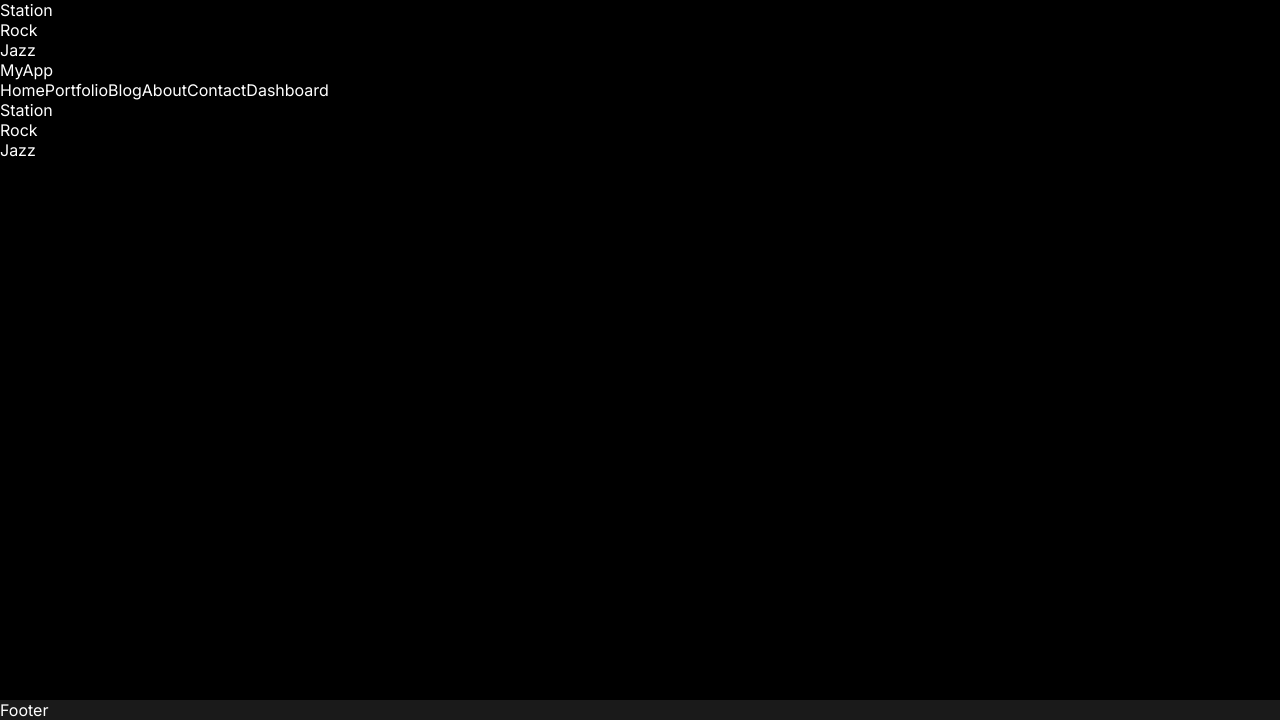
Repository: Iq-Life/musicflow-life
Page: /station
The author's editor kept a copy of each file at every save. The page is drawn from the files as they stood at one save, then again after the next save.
The browser window is 1280 px wide. The pictures show the whole page.
The project was rebuilt for these pictures with package versions that can differ from the ones it lists, and the page was loaded fresh each time. The framework's server and built-in components were replaced by stand-ins that run in the browser. Also part of the build but not shown: next.config.js.

Above is the page before, as saved 2023-09-14 15:25:39.

### src/app/layout.tsx
import './globals.css'
import type { Metadata } from 'next'
import { Inter } from 'next/font/google'
import Navbar from '@/components/navbar/Navbar'
import Footer from '@/components/footer/Footer'
import StationsList from '@/components/station/StationsList'

const inter = Inter({ subsets: ['latin'] })

export const metadata: Metadata = {
  title: 'Create Next App',
  description: 'Generated by create next app',
}

export default function RootLayout({
  children,
}: {
  children: React.ReactNode
}) {
  return (
    <html lang="en">
      <body className={inter.className}>
        <div className='container'>
          <StationsList/>
          <Navbar/>
          {children}
          <Footer/>
        </div>
      </body>
    </html>
  )
}

### src/app/station/page.tsx
import React from 'react'

const stationsMusic = [
  {
    id:1,
    title: 'Rock'
  },
  {
    id:2,
    title: 'Jazz'
  },
]

const Stations = () => {
  return (
    <ul>
      Station
      {stationsMusic.map((station) => (
        <li key={station.id}>{station.title}</li>
      ))}
    </ul>
  )
}

export default Stations

### src/app/globals.css
* {
  box-sizing: border-box;
  padding: 0;
  margin: 0;
}

html,
body {
  max-width: 100vw;
  overflow-x: hidden;
  background-color: black;
  color: #fff;
}

a {
  text-decoration: none;
  color: inherit;
}

.container {
  width: 100vw;
  height: 100vh;
  position: relative;
}

### src/components/navbar/Navbar.tsx
import Link from 'next/link'

const links = [
  {
    id:1,
    title: 'Home',
    url: "/",
  },
  {
    id:2,
    title: 'Portfolio',
    url: "/portfolio",
  },
  {
    id:3,
    title: 'Blog',
    url: "/blog",
  },
  {
    id:4,
    title: 'About',
    url: "/about",
  },
  {
    id:5,
    title: 'Contact',
    url: "/contact",
  },
  {
    id:6,
    title: 'Dashboard',
    url: "/dashboard",
  },
]

const Navbar = () => {
  return (
    <nav>
      <Link href='/'>MyApp</Link>
      <div>
        {links.map((link)=> (
          <Link key={link.id} href={link.url}>{link.title}</Link>
        ))}
      </div>
    </nav>
  )
}

export default Navbar

### src/components/footer/Footer.tsx
import styles from './Footer.module.scss'

const Footer = () => {
  return (
    <footer className={styles.footer}>Footer</footer>
  )
}

export default Footer

### src/components/station/StationsList.tsx
import React from 'react'

const stationsMusic = [
  {
    id:1,
    title: 'Rock'
  },
  {
    id:2,
    title: 'Jazz'
  },
]

const StationsList = () => {
  return (
    <ul>
      Station
      {stationsMusic.map((station) => (
        <li key={station.id}>{station.title}</li>
      ))}
    </ul>
  )
}

export default StationsList

### src/components/footer/Footer.module.scss
.footer {
  position: absolute;
  bottom: 0;
  right: 0;
  left: 0;
  background-color: rgba(255,255,255, 0.1);
}

### src/components/navbar/Navbar.module.scss
.navbar {
  position: absolute;
  bottom: 0;
  left: 0;
  background-color: rgba(255,255,255, 0.1);
}

After the next save:
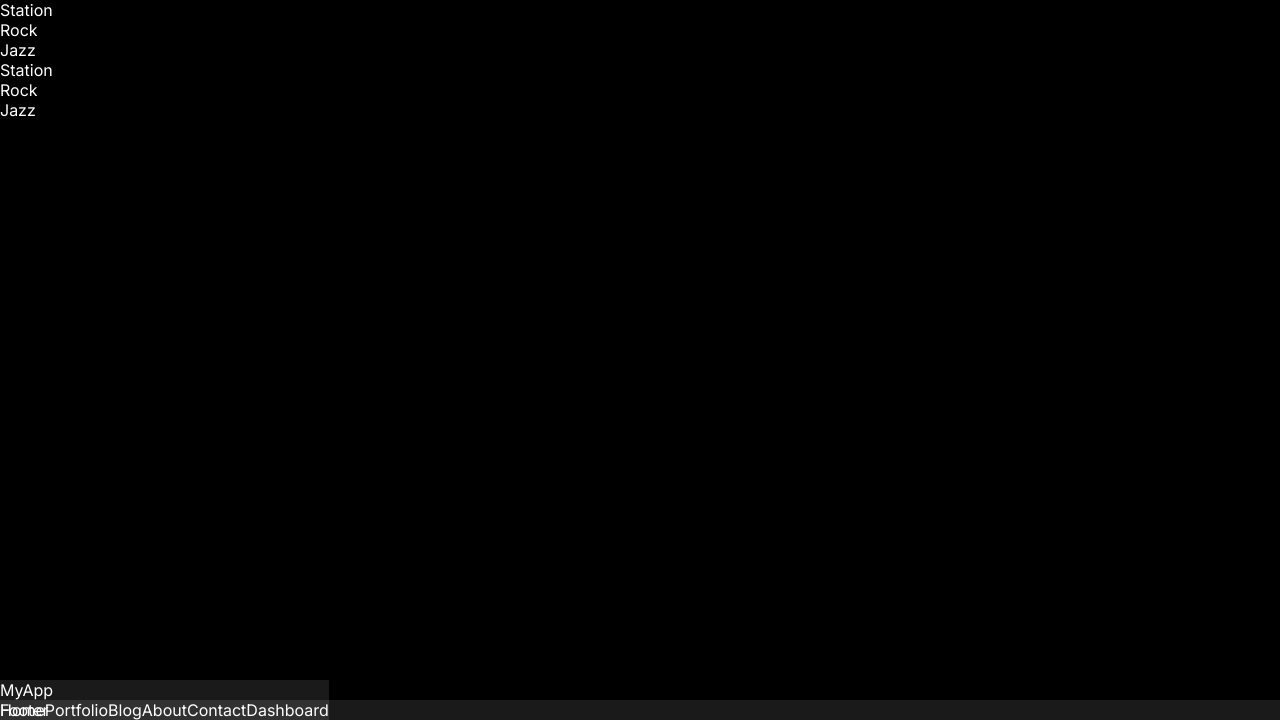
Saved 52 s later.
--- a/src/components/navbar/Navbar.tsx
+++ b/src/components/navbar/Navbar.tsx
@@ -1,4 +1,5 @@
 import Link from 'next/link'
+import styles from './Navbar.module.scss'
 
 const links = [
   {
@@ -35,7 +36,7 @@ const links = [
 
 const Navbar = () => {
   return (
-    <nav>
+    <nav className={styles.navbar}>
       <Link href='/'>MyApp</Link>
       <div>
         {links.map((link)=> (
